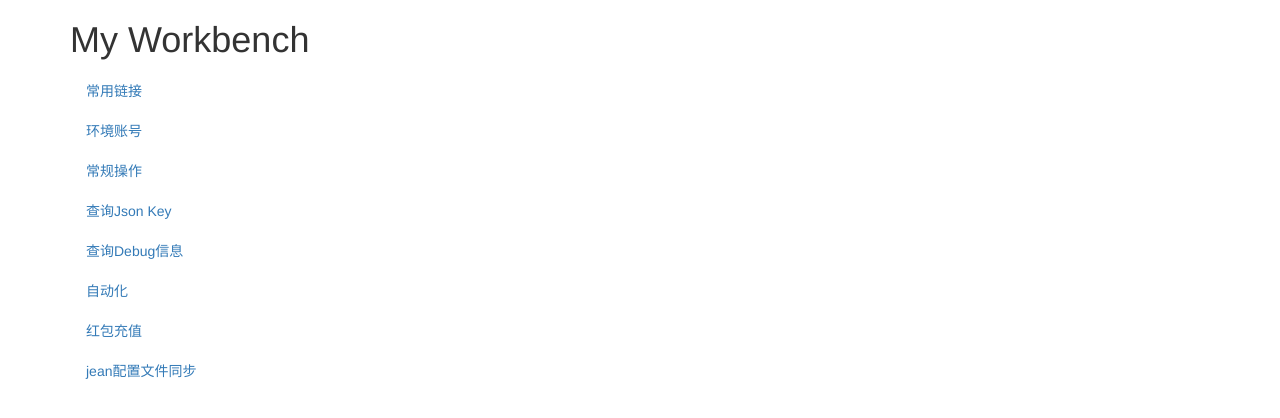
Repository: wangyanqing666/study
Page: Bootstrap学习/index.html
An editor plug-in stored every save of this project. The page is shown before and after the next save, followed by the edit.
The browser window is 1280 px wide. The pictures show the whole page.
Some web libraries are served in a nearby version.

Above is the page before, as saved 2020-12-03 15:29:59.

### Bootstrap学习/index.html
<!DOCTYPE html>

<head>
    <meta charset="UTF-8">
    <title>表单和图片</title>
    <link rel="stylesheet" href="https://cdn.staticfile.org/twitter-bootstrap/3.3.7/css/bootstrap.min.css">
    <script src="https://cdn.staticfile.org/jquery/2.1.1/jquery.min.js"></script>
    <script src="https://cdn.staticfile.org/twitter-bootstrap/3.3.7/js/bootstrap.min.js"></script>
</head>

<body>
    <div class="container" >
        <h1>My Workbench</h1>
        <div class="navbar " >
            <!-- <div class='nav-collapse'> -->
                <ul class="nav ">
                    <li class="active"> <a href="../links" id="links" name="links.html" target="fcontent">常用链接</a></li>
                    <li class="active"> <a href="../getpapertext/envAccount" id="account" name="envAccount"
                            target="fcontent">环境账号</a></li>
                    <li class="active"><a href="../syncUser" id="sync" name="sync" target="fcontent">常规操作</a></li>
                    <li class="active"><a href="../formit" id="sync" name="sync" target="fcontent">查询Json Key</a></li>
                    <li class="active"><a href="../alaskasend" id="sync" name="sync" target="fcontent">查询Debug信息</a>
                    </li>
                    <li class="active"><a href="../getpapertext/autoTest" id="autoTest" name="autoTest"
                            target="fcontent">自动化</a></li>
                    <li class="active"><a href="../redPackage" id="redPackage" name="redPackage"
                            target="fcontent">红包充值</a></li>
                    <li class="active"><a href="../synconfig" id="synconfig" name="synconfig"
                            target="fcontent">jean配置文件同步</a></li>
                </ul>
            <!-- </div> -->
        </div>
    </div>
    <!-- <div class="container" style="background:#FFF; color:#000; border:none; height:850px; width:80%; solid #D4CD49;">
        <iframe src="../links" id="iframe" name="fcontent" style="height:100%; width:100%" frameborder="0" border="0"
            framespacing="0"></iframe>
    </div> -->
</body>

</html>

After the next save:
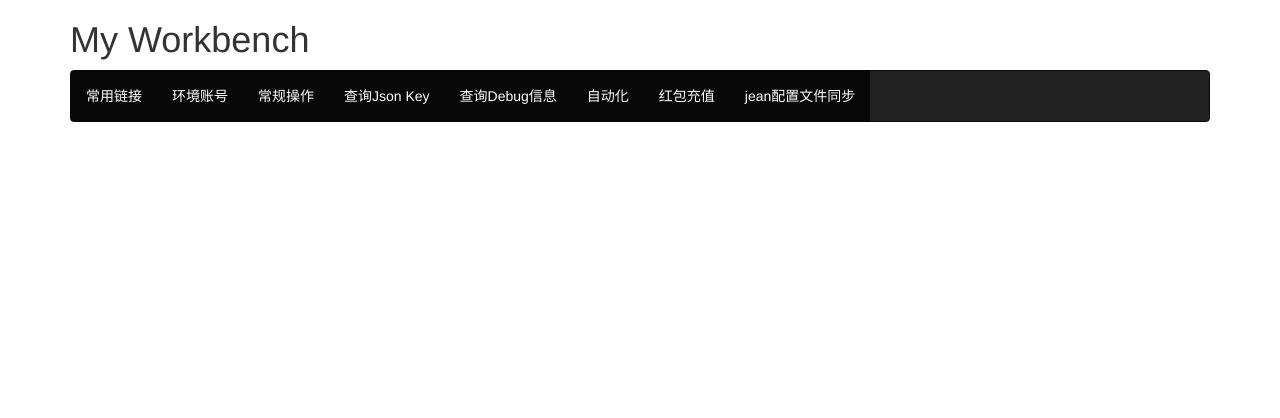
Saved 71 s later.
--- a/Bootstrap学习/index.html
+++ b/Bootstrap学习/index.html
@@ -11,9 +11,9 @@
 <body>
     <div class="container" >
         <h1>My Workbench</h1>
-        <div class="navbar " >
+        <div class="navbar  navbar-inverse " >
             <!-- <div class='nav-collapse'> -->
-                <ul class="nav ">
+                <ul class="nav navbar-nav">
                     <li class="active"> <a href="../links" id="links" name="links.html" target="fcontent">常用链接</a></li>
                     <li class="active"> <a href="../getpapertext/envAccount" id="account" name="envAccount"
                             target="fcontent">环境账号</a></li>
